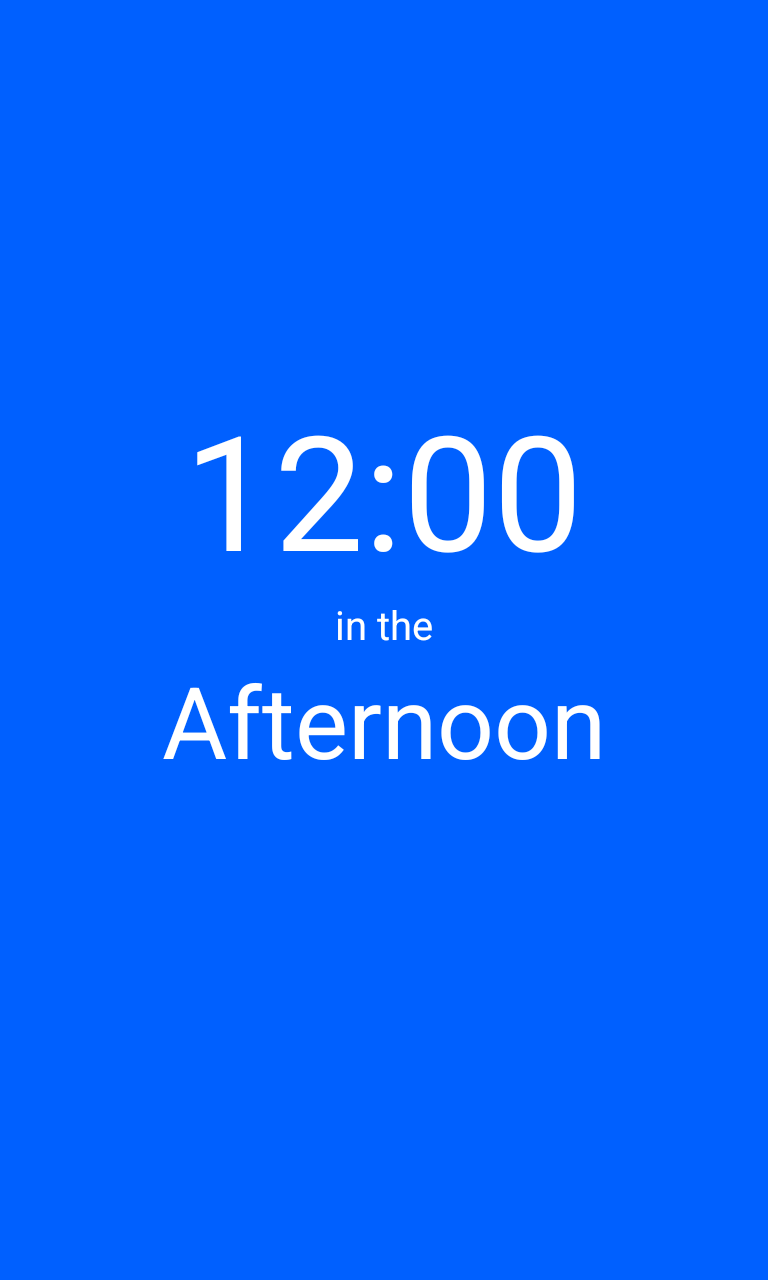
Repository: DinkyDetailsLLC/ADP2
Layout: WakeTimerforKids/res/layout/activity_main.xml
The author's editor kept a copy of each file at every save. The layout is drawn from the files as they stood at one save, then again after the next save.
It is drawn on a 768 x 1280 px phone screen (xhdpi) without system bars, with theme AppTheme; the app's code is not run.

Above is the layout before, as saved 2014-02-12 05:48:32.

### WakeTimerforKids/res/layout/activity_main.xml
<RelativeLayout xmlns:android="http://schemas.android.com/apk/res/android"
    xmlns:tools="http://schemas.android.com/tools"
    android:layout_width="match_parent"
    android:layout_height="match_parent"
    android:background="@color/blue"
    android:paddingBottom="@dimen/activity_vertical_margin"
    android:paddingLeft="@dimen/activity_horizontal_margin"
    android:paddingRight="@dimen/activity_horizontal_margin"
    android:paddingTop="@dimen/activity_vertical_margin"
    tools:context=".MainActivity" >

        <TextClock
        android:id="@+id/textclock1"
        android:layout_width="wrap_content"
        android:layout_height="wrap_content"
        android:layout_centerHorizontal="true"
        android:layout_marginTop="175dp"
        android:textColor="@color/white"
        android:textSize="80sp"
        android:format12Hour="h:mm"
        android:text="@string/clock" />

        <TextView
        android:id="@+id/smallClockText"
        android:layout_width="wrap_content"
        android:layout_height="wrap_content"
        android:layout_below="@id/textclock1"
        android:layout_centerInParent="true"
        android:layout_marginTop="1dp"
        android:textColor="@color/white"
        android:textSize="20sp"
        android:text="@string/smallClockText"
        />
        <TextView
        android:id="@+id/largeClockText"
        android:layout_width="wrap_content"
        android:layout_height="wrap_content"
        android:layout_below="@id/smallClockText"
        android:layout_centerInParent="true"
        android:layout_marginTop="1dp"
        android:textColor="@color/white"
        android:textSize="50sp"
        android:text="@string/largeClockText"
        />


</RelativeLayout>

### WakeTimerforKids/res/values/color.xml
<?xml version="1.0" encoding="utf-8"?>
<resources>
   <color name="white">#ffffff</color>
   <color name="black">#000000</color>
   <color name="blue">#0060ff</color>

</resources>

### WakeTimerforKids/res/values/strings.xml
<?xml version="1.0" encoding="utf-8"?>
<resources>

    <string name="app_name">WakeTimerforKids</string>
    <string name="action_settings">Settings</string>
    <string name="hello_world">Hello world!</string>
 	<string name="clock">Clock</string>
 	<string name="smallClockText">in the</string>
 	<string name="largeClockText">Afternoon</string>

</resources>

Loaded but not shown: WakeTimerforKids/res/values/styles.xml (common file); WakeTimerforKids/res/values-v11/styles.xml (common file); WakeTimerforKids/res/values-v14/styles.xml (common file); WakeTimerforKids/res/values/dimens.xml (common file)

After the next save:
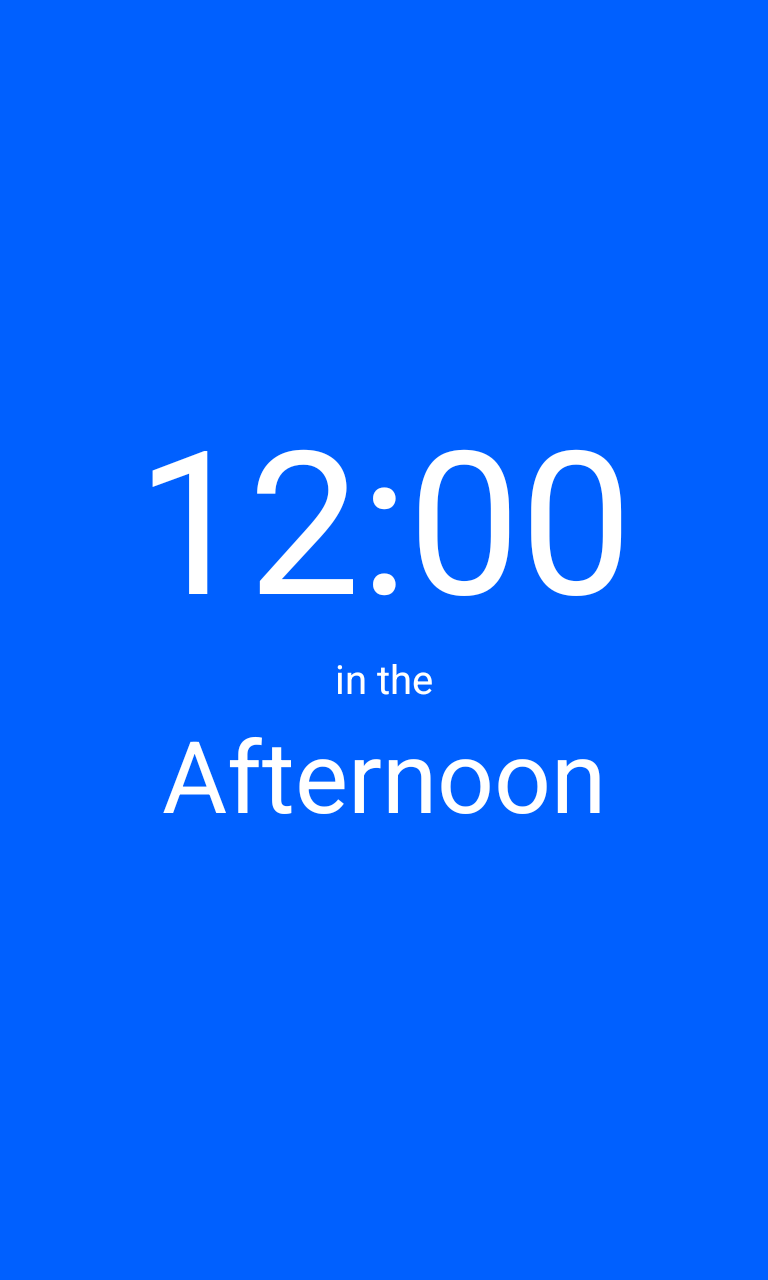
Saved 11 s later.
--- a/WakeTimerforKids/res/layout/activity_main.xml
+++ b/WakeTimerforKids/res/layout/activity_main.xml
@@ -16,7 +16,7 @@
         android:layout_centerHorizontal="true"
         android:layout_marginTop="175dp"
         android:textColor="@color/white"
-        android:textSize="80sp"
+        android:textSize="100sp"
         android:format12Hour="h:mm"
         android:text="@string/clock" />
 
